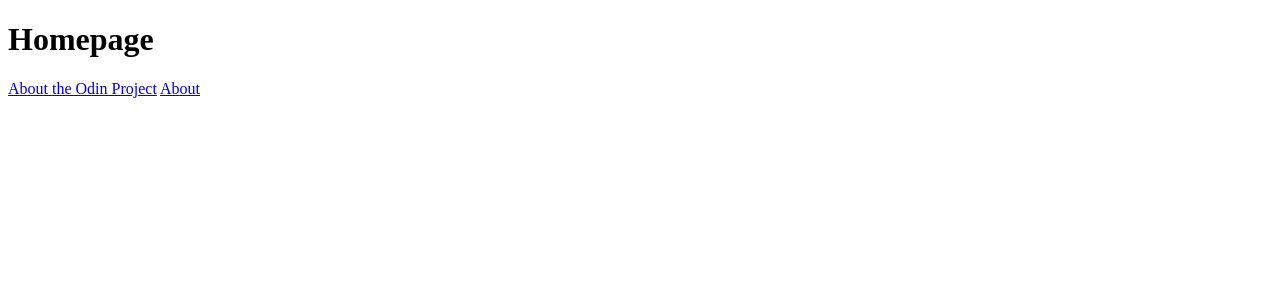
Repository: j0vesday/git_test
Page: root/odin-links-and-images/index.html
The author's editor kept a copy of each file at every save. The page is drawn from the files as they stood at one save, then again after the next save.
The browser window is 1280 px wide. The pictures show the whole page.

Above is the page before, as saved 2024-09-25 02:50:47.

### root/odin-links-and-images/index.html
<!DOCTYPE html>
<!DOCTYPE html>
<html lang="en">
<head>
    <meta charset="UTF-8">
    <meta name="viewport" content="width=device-width, initial-scale=1.0">
    <title>Document</title>
</head>
<body>
    <h1>Homepage</h1>
    <a href="https://www.theodinproject.com/about" target="_blank" rel="noopener norefe">About the Odin Project</a>
    <a href="pages/about.html">About</a>
</body>
</html>

After the next save:
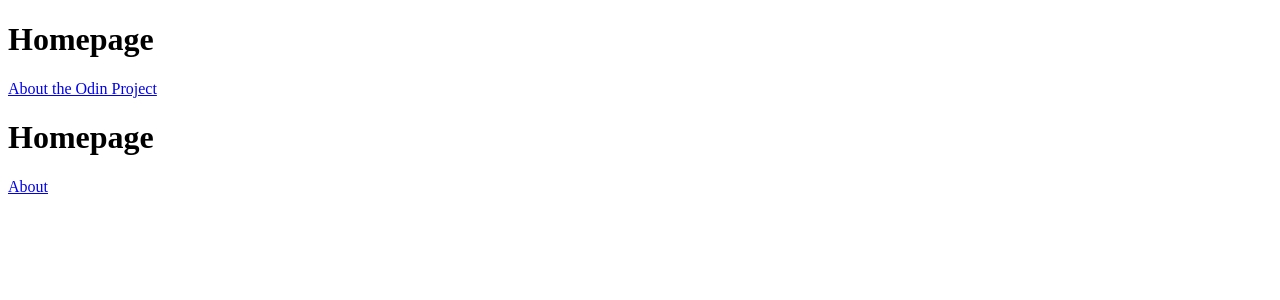
Saved 2 min 14 s later.
--- a/root/odin-links-and-images/index.html
+++ b/root/odin-links-and-images/index.html
@@ -9,6 +9,9 @@
 <body>
     <h1>Homepage</h1>
     <a href="https://www.theodinproject.com/about" target="_blank" rel="noopener norefe">About the Odin Project</a>
-    <a href="pages/about.html">About</a>
 </body>
+    <body>
+        <h1>Homepage</h1>
+        <a href="./pages/about.html">About</a>
+      </body>
 </html>
